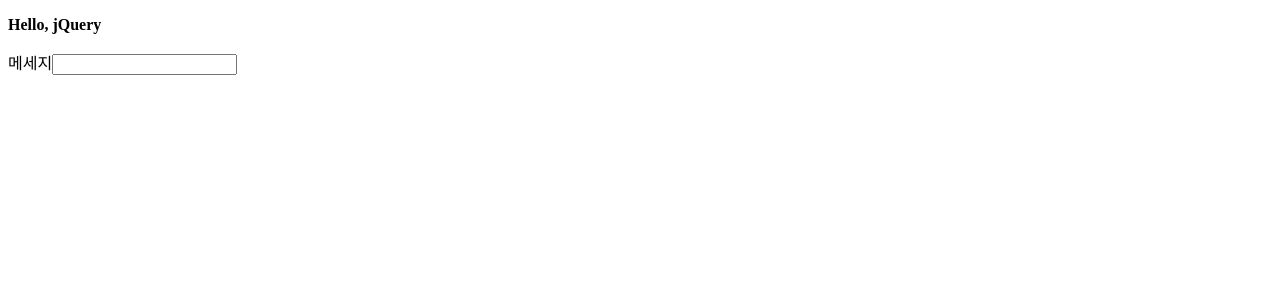
Repository: YERIN0531/SEOYERIN_WEBPRO
Page: gitSource/07_jQuery/jq01/WebContent/04_val_html.html
These files come from the project's save history. The page is drawn as it stood at one moment and after the next save; the edit follows.
The browser window is 1280 px wide. The pictures show the whole page.

Above is the page before, as saved 2022-06-21 01:39:04.

After the next save:
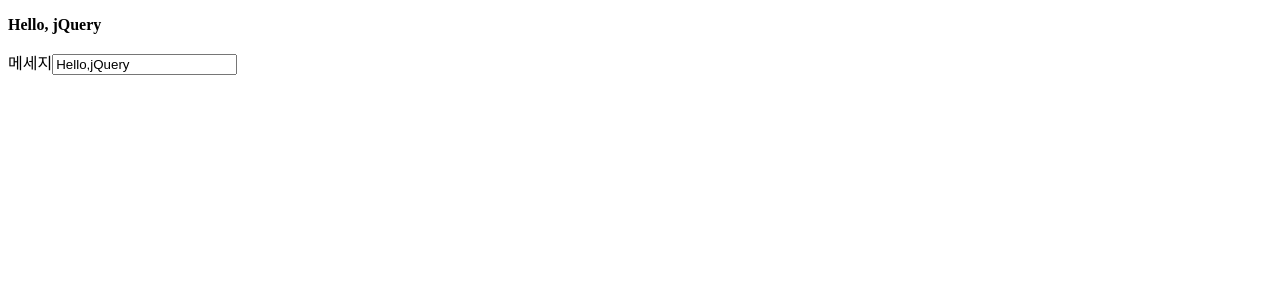
Saved 2 min 35 s later.
--- a/gitSource/07_jQuery/jq01/WebContent/04_val_html.html
+++ b/gitSource/07_jQuery/jq01/WebContent/04_val_html.html
@@ -8,8 +8,11 @@
  $(document).ready(function(){
 	 $('#msg').html('<b>Hello, jQuery</b>'); //얘는 <b>가 먹히고 출력됨
 // 	 $('#msg').text('<b>Hello, jQuery</b>'); //얘는 <b>까지 다 출력됨
+
+
 // 	 var msg = $('#msg').html(); //msg = <b>Hello, jQuery</b>
 	 var msg = $('#msg').text(); // msg = Hello, jQuery
+	 $('input[name="msg"]').val('Hello,jQuery');
 	 alert(msg);
  });
 </script>
